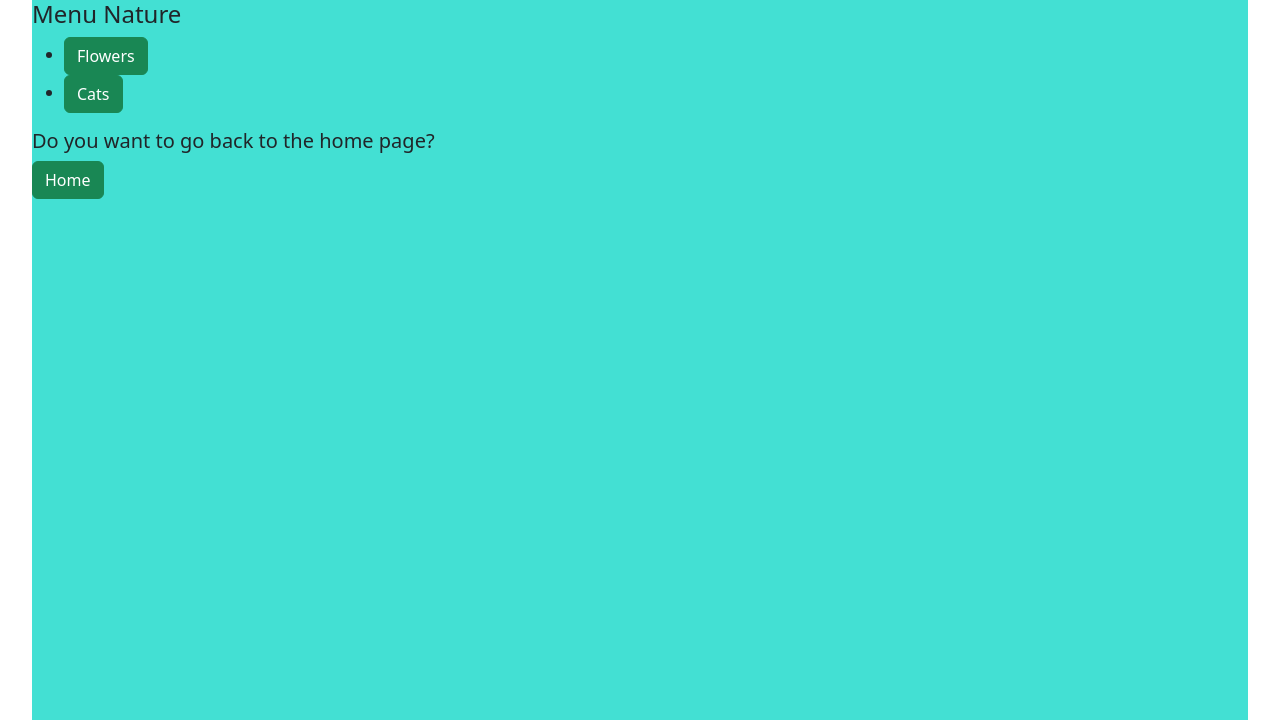
Repository: collegedude9300/zenstationnext
Page: /MenuNature
These files come from the project's save history. The page is drawn as it stood at one moment and after the next save; the edit follows.
The browser window is 1280 px wide. The pictures show the whole page.
The project was rebuilt for these pictures with package versions that can differ from the ones it lists, and the page was loaded fresh each time. The framework's server and built-in components were replaced by stand-ins that run in the browser. Also part of the build but not shown: next.config.js.

Above is the page before, as saved 2022-10-13 16:29:56.

After the next save:
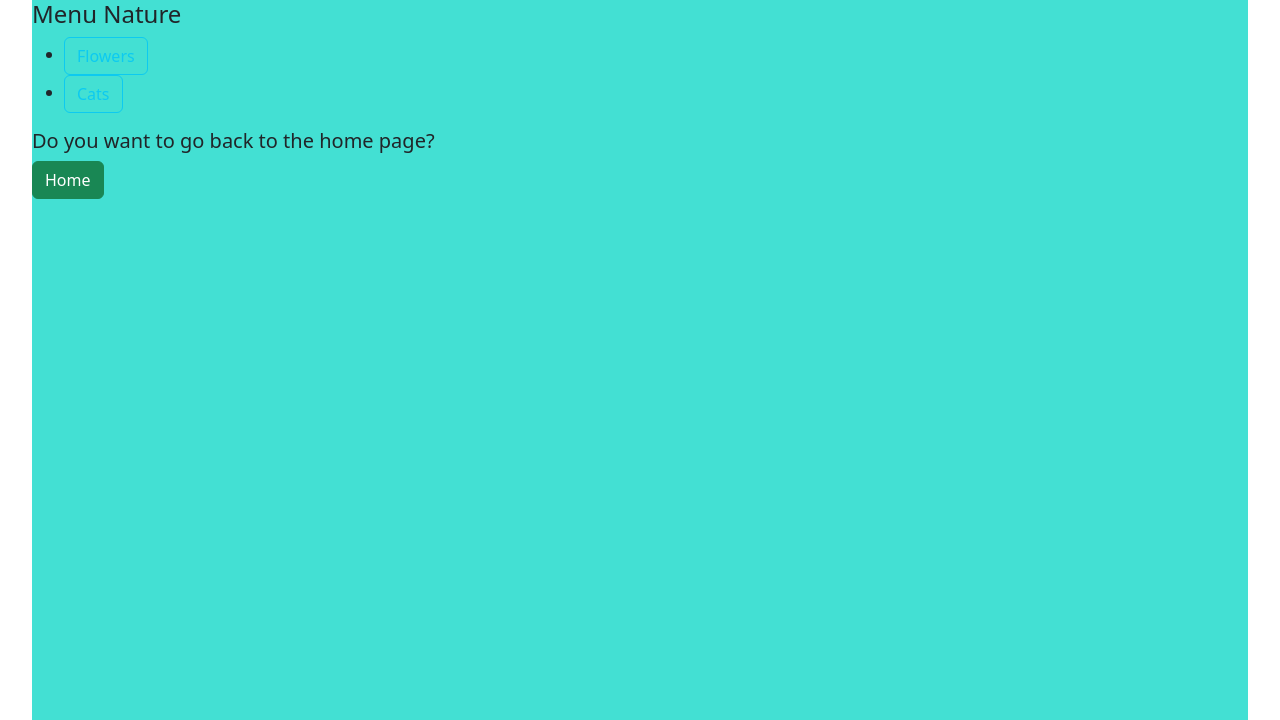
Saved 8 min 3 s later.
--- a/pages/MenuNature.js
+++ b/pages/MenuNature.js
@@ -17,12 +17,12 @@ return (
         <ul>
           <li>
           <Link href="/Flower">
-          <a className="btn btn-success">Flowers</a>
+          <a className="btn btn-outline-info">Flowers</a>
           </Link>
           </li>
           <li>
           <Link href="/Cat">
-          <a className="btn btn-success">Cats</a>
+          <a className="btn btn-outline-info">Cats</a>
           </Link>
           </li>
           </ul>
